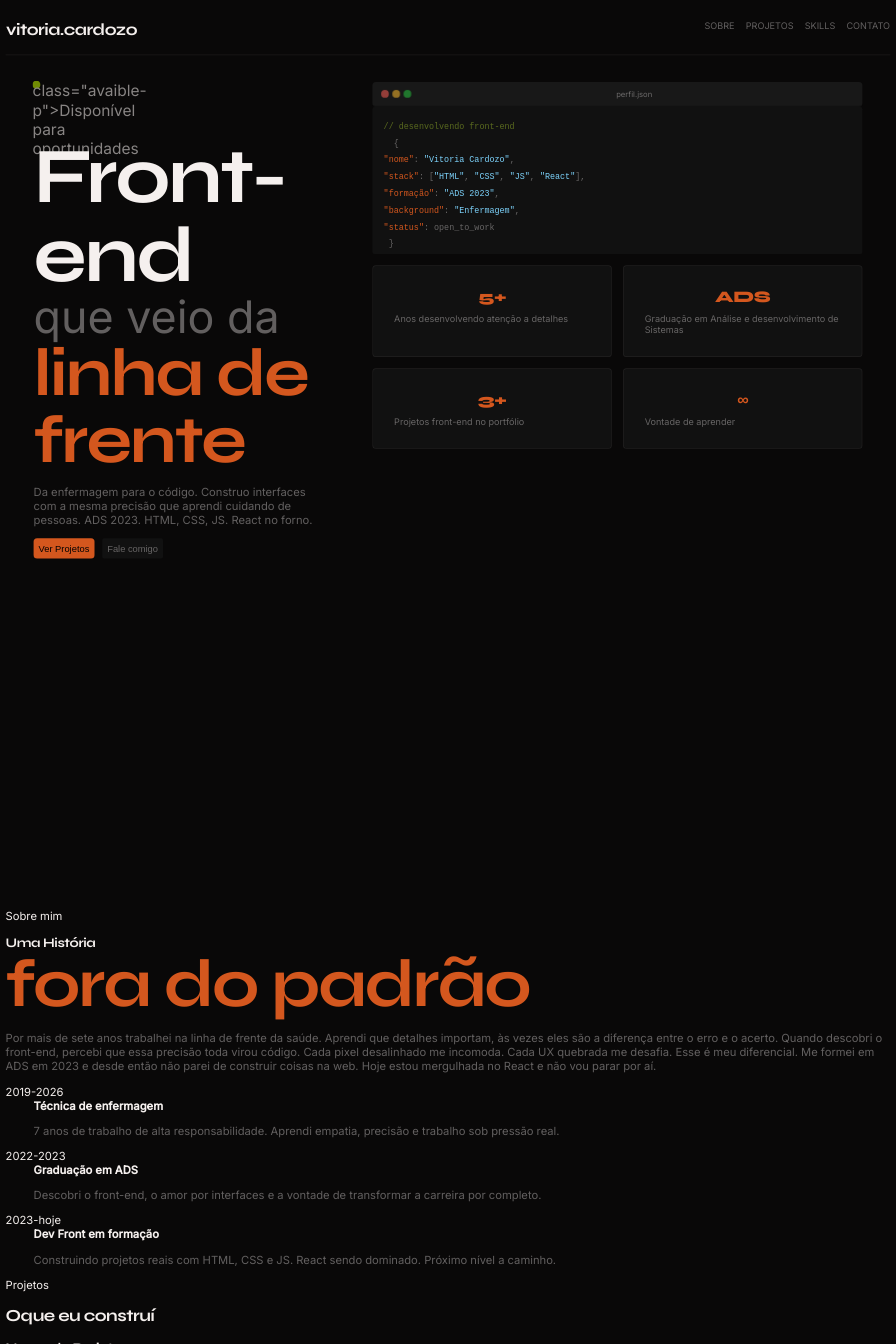
Repository: Bitroia/Portifolio
Page: index.html
The author's editor kept a copy of each file at every save. The page is drawn from the files as they stood at one save, then again after a run of saves.
The browser window is 1280 px wide. The pictures show the part of the page from y = 0 to 1920 px (the page is 3082 px tall before and 3062 px after), at 70% of full size.
Some web fonts or font styles are not loaded; a fallback is used.

Above is the page before, as saved 2026-04-29 19:40:28.

After the next 2 saves:
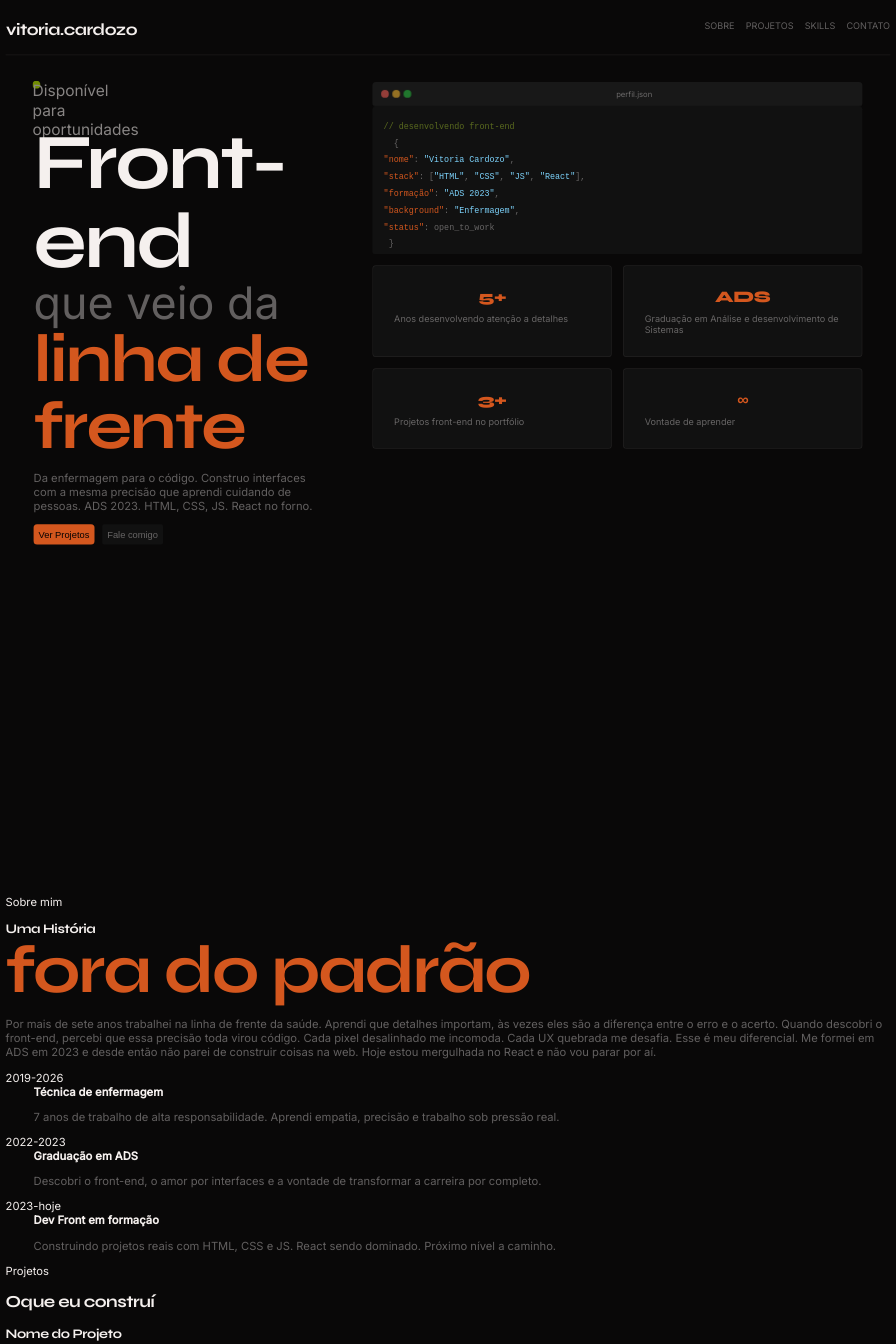
The 2 saves are shown as one change because they came seconds apart.
The last was saved 5 s later.
--- a/index.html
+++ b/index.html
@@ -30,9 +30,7 @@
     <main>
       <section id="sections-container">
         <section id="introduction-section">
-          <span class="dot">
-             class="avaible-p">Disponível para oportunidades
-          </span>
+          <span class="dot"> Disponível para oportunidades </span>
           <span class="line-1">Front-end</span>
           <span class="line-2">que veio da</span>
           <span class="accent">linha de frente</span>
@@ -71,7 +69,9 @@
             </li>
             <li class="mini-card">
               <span class="num">ADS</span>
-              <span class="label">Graduação em Análise e desenvolvimento de Sistemas</span>
+              <span class="label"
+                >Graduação em Análise e desenvolvimento de Sistemas</span
+              >
             </li>
             <li class="mini-card">
               <span class="num">3+</span>
